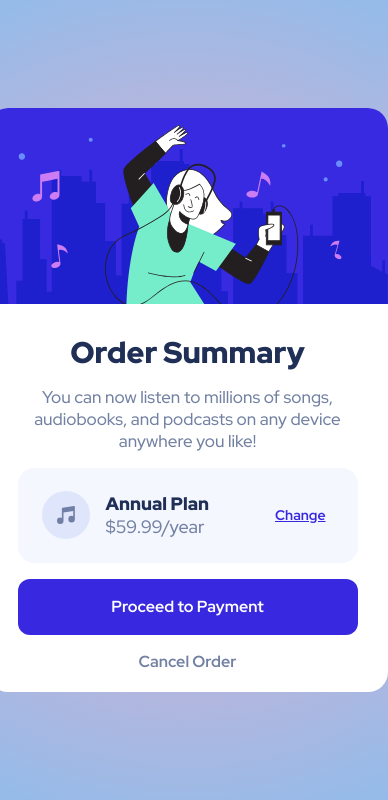
Repository: KamoliddinGIT/order-summary-card
Page: index.html
These files come from the project's save history. The page is drawn as it stood at one moment and after the next save; the edit follows.
The browser window is 375 px wide. The page is 388 px wide, then 375 px, so the pictures cover 388 px, including what lies to the right of the window. The pictures show the whole page.

Above is the page before, as saved 2023-09-13 11:20:20.

### index.html
<!DOCTYPE html>
<html lang="en">
  <head>
    <meta charset="UTF-8" />
    <meta name="viewport" content="width=device-width, initial-scale=1.0" />
    <link
      rel="icon"
      type="image/png"
      sizes="32x32"
      href="./images/favicon-32x32.png"
    />
    <link
      href="https://fonts.googleapis.com/css2?family=Red+Hat+Display:wght@500;700;900&display=swap"
      rel="stylesheet"
    />
    <link rel="stylesheet" href="./css/style.css" />
    <title>Order summary card</title>
  </head>
  <body>
    <div class="container">
      <img
        class="illustration"
        src="./images/illustration-hero.svg"
        alt="img"
      />
      <div class="items">
        <h1>Order Summary</h1>
        <p>
          You can now listen to millions of songs, audiobooks, and podcasts on
          any device anywhere you like!
        </p>
        <div class="item__payment">
          <img src="./images/icon-music.svg" alt="music" />
          <div>
            <span>Annual Plan </span>
            <h2>$59.99/year</h2>
          </div>
          <a href="#">Change</a>
        </div>
        <a class="apply__btn" href="#">Proceed to Payment</a>
        <a class="cancel__btn" href="#">Cancel Order</a>
      </div>
    </div>
  </body>
</html>

### css/style.css
* {
  margin: 0;
  padding: 0;
  box-sizing: border-box;
}

body {
  width: 100%;
  height: 100vh;
  display: flex;
  justify-content: center;
  align-items: center;
  background: rgb(238, 174, 202);
  background: radial-gradient(
    circle,
    rgba(238, 174, 202, 1) 0%,
    rgba(148, 187, 233, 1) 100%
  );
  font-family: "Red Hat Display", sans-serif;
}

.container {
  display: flex;
  flex-direction: column;
  align-items: center;
  width: 405px;
  height: 584px;
  border-radius: 20px;
  background: #fff;
}

.illustration {
  width: 100%;
  border-radius: 20px 20px 0 0;
}

.items {
  width: 100%;
  display: flex;
  gap: 1rem;
  flex-direction: column;
  align-items: center;
  padding: 30px;
}

.items h1 {
  font-size: 1.875rem;
  line-height: 2.25rem;
  font-weight: 900;
  color: #1f2f56;
}

.items p {
  text-align: center;
  color: #7280a2;
  font-size: 17px;
}

.item__payment {
  width: 340px;
  height: 95px;
  align-items: center;
  background-color: #f5f7ff;
  display: flex;
  gap: 1rem;
  border-radius: 1rem;
  padding: 1.5rem;
}

.item__payment span {
  font-weight: 900;
  color: #1f2f56;
  font-size: 18px;
}

.item__payment h2 {
  color: #7280a2;
  font-size: 18px;
  font-weight: 500;
}

.item__payment a {
  margin-left: 50px;
  font-size: 14px;
  font-weight: 700;
  color: #3829e0;
}

.item__payment a:hover {
  text-decoration: none;
}

.apply__btn {
  border-radius: 0.75rem;
  background: #3829e0;
  width: 340px;
  height: 56px;
  display: flex;
  justify-content: center;
  align-items: center;
  text-decoration: none;
  font-size: 16px;
  font-weight: 700;
  color: #fff;
}

.apply__btn:hover {
  opacity: 0.8;
}

.apply__btn:active {
  outline: 3px dashed black;
}

.cancel__btn {
  color: #7280a2;
  font-size: 16px;
  font-weight: 700;
  text-decoration: none;
}

.cancel__btn:hover {
  text-decoration: underline;
}

/* media-css */

@media only screen and (max-width: 400px) {
  body {
    max-width: 400px;

    padding: 50px;
  }
  .container {
  }
  .illustration {
    width: 100%;
  }
  .items {
    width: 100%;
  }
}

After the next save:
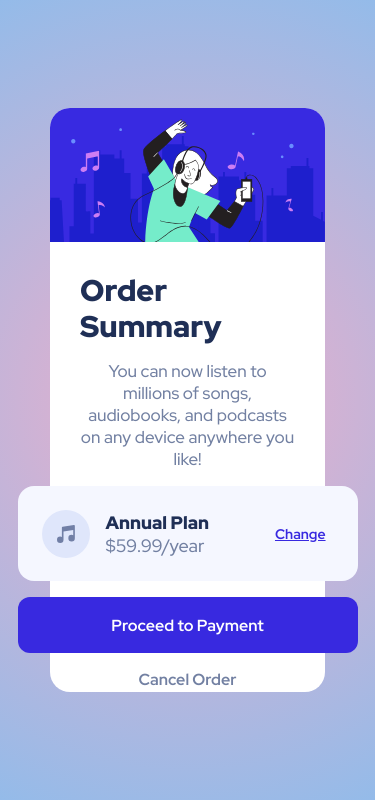
Saved 12 s later.
--- a/css/style.css
+++ b/css/style.css
@@ -127,11 +127,11 @@
 
 @media only screen and (max-width: 400px) {
   body {
-    max-width: 400px;
-
     padding: 50px;
   }
   .container {
+    max-width: 400px;
+    width: 100%;
   }
   .illustration {
     width: 100%;
